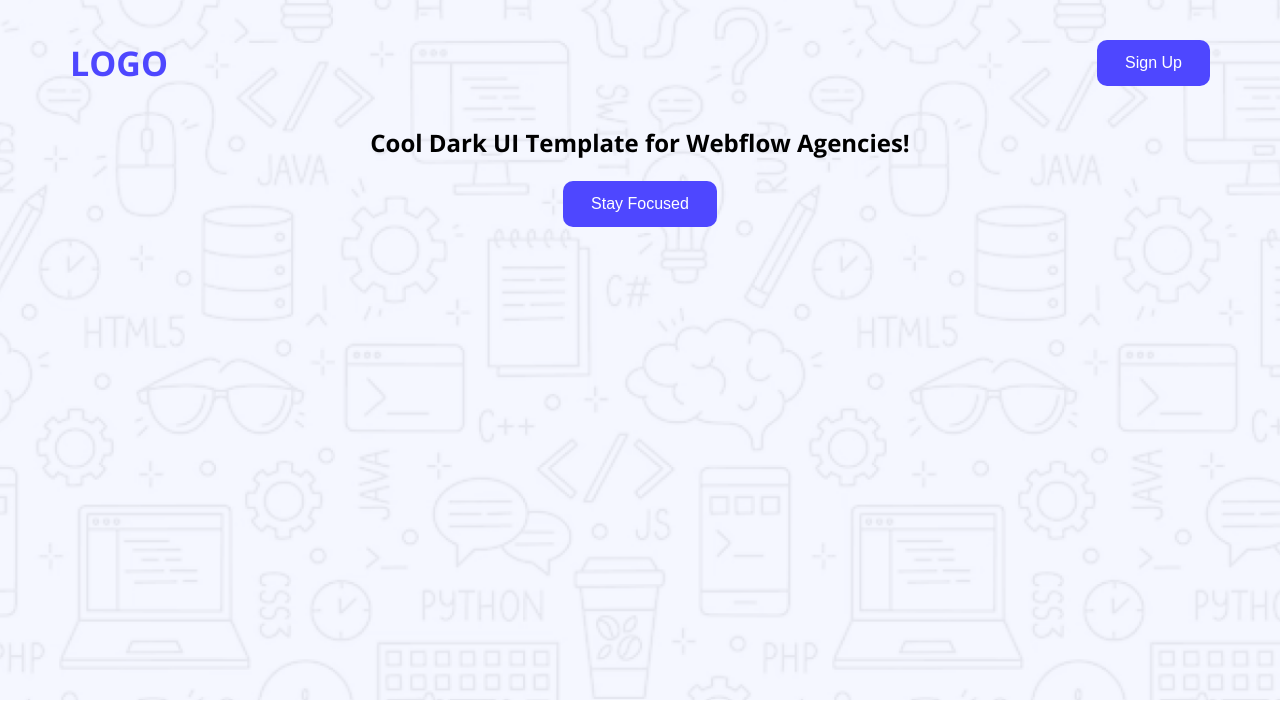
Repository: nahid-hasann/website-3
Page: index.html
These files come from the project's save history. The page is drawn as it stood at one moment and after a run of saves; the edit follows.
The browser window is 1280 px wide. The pictures show the whole page.

Above is the page before, as saved 2025-07-10 19:30:17.

### index.html
<!DOCTYPE html>
<html lang="en">
<head>
    <meta charset="UTF-8">
    <meta name="viewport" content="width=device-width, initial-scale=10">
    <title>MH NaHid</title>
    <link rel="preconnect" href="https://fonts.googleapis.com">
<link rel="preconnect" href="https://fonts.gstatic.com" crossorigin>
<link href="https://fonts.googleapis.com/css2?family=Open+Sans:ital,wght@0,300..800;1,300..800&family=Raleway:ital,wght@0,100..900;1,100..900&display=swap" rel="stylesheet">
<link rel="stylesheet" href="style.css">
</head>
<body class="open-sans-normal">


<header class="header-section">
      <section class="section-1">
       <h1 style="font-size: 34px; color: #4e47ff;">LOGO</h1>
       <button class="btn">Sign Up</button>
      </section>

      <section class="section-2">
        <h1 style="font">Cool Dark UI Template for Webflow Agencies!</h1>
        <br>
        <button class="btn">Stay Focused</button>
      </section>


</header>





</body>
</html>

### style.css
*{
    margin: 0;
    padding: 0;
    box-sizing: border-box;
}


.open-sans-normal {
  font-family: "Open Sans", sans-serif;
  font-optical-sizing: auto;
  font-style: normal;
  font-variation-settings:
    "wdth" 100;
}

.header-section{
    background-image: url('Assets/Hero-bg.png');
    background-repeat: no-repeat;
    background-position: center;
    background-size: cover;
    height: 700px;
}

.section-1{
    display: flex;
    justify-content: space-between;
    padding: 40px 0;
    width: 1140px;
    margin: auto;
}

.btn{
    padding: 14px 28px;
    border: none;
    background-color: #4e47ff ;
    color: white;
    border-radius: 10px;
    display: block;
    font-size: 16px;
}

.section-2{

    display: flex;
    flex-direction: column;
    justify-content: center;
    align-items: center;

}

After the next 2 saves:
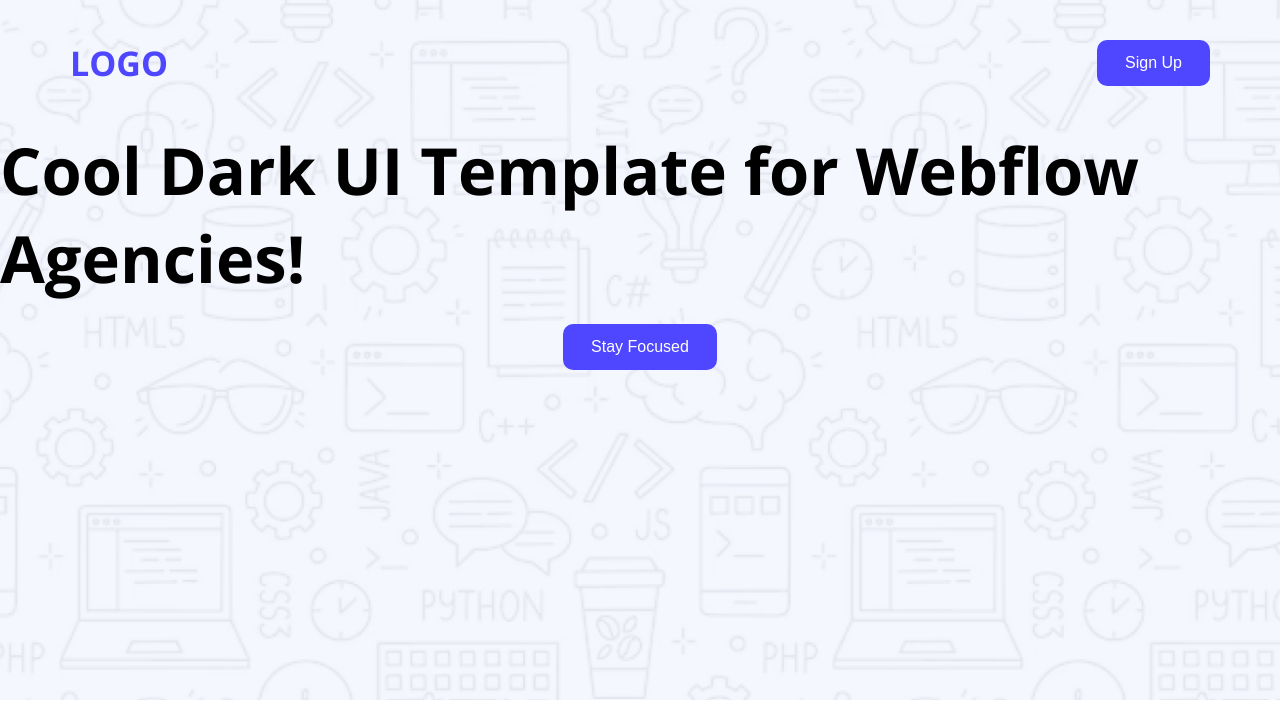
The 2 saves are shown as one change because they came seconds apart.
The last was saved 7 s later.
--- a/index.html
+++ b/index.html
@@ -19,7 +19,7 @@
       </section>
 
       <section class="section-2">
-        <h1 style="font">Cool Dark UI Template for Webflow Agencies!</h1>
+        <h1 style="font-size: 65px;">Cool Dark UI Template for Webflow Agencies!</h1>
         <br>
         <button class="btn">Stay Focused</button>
       </section>
